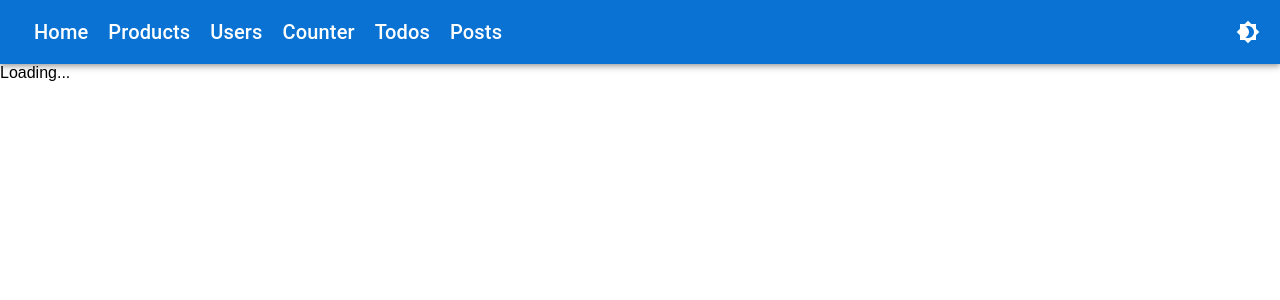
Repository: Vijay-Singh1/delente-assessment
Page: /todos
These files come from the project's save history. The page is drawn as it stood at one moment and after the next save; the edit follows.
The browser window is 1280 px wide. The pictures show the whole page.
The page's requests for data from a server got no answer. The project was rebuilt for these pictures with package versions that can differ from the ones it lists, and the page was loaded fresh each time. The framework's server and built-in components were replaced by stand-ins that run in the browser. No one was signed in, and anything a server would have sent is missing. Also part of the build but not shown: next.config.mjs.

Above is the page before, as saved 2024-10-09 19:54:07.

After the next save:
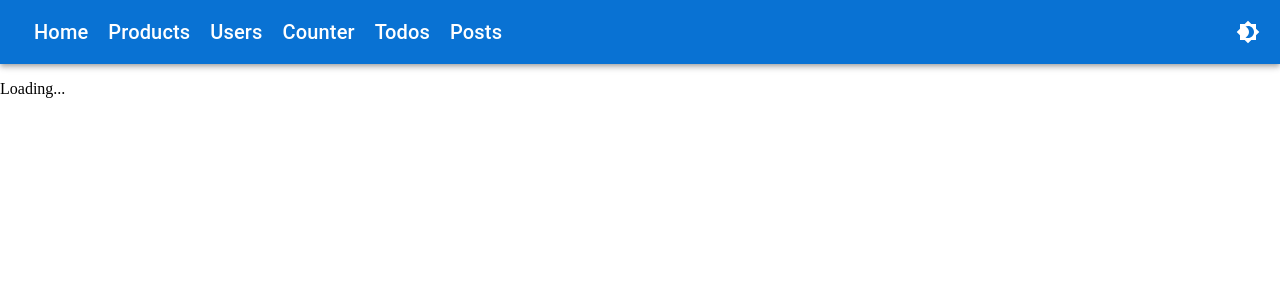
Saved 2 min 46 s later.
--- a/styles/global.css
+++ b/styles/global.css
@@ -1,14 +1,13 @@
 /** @format */
-
-* {
+html, body {
   margin: 0;
   padding: 0;
-
+  width: 100%;
+  height: 100%;
+  box-sizing: border-box;
 }
 
-html,
-body {
+#root, #__next {
   width: 100%;
   height: 100%;
-  font-family: Arial, sans-serif;
 }
